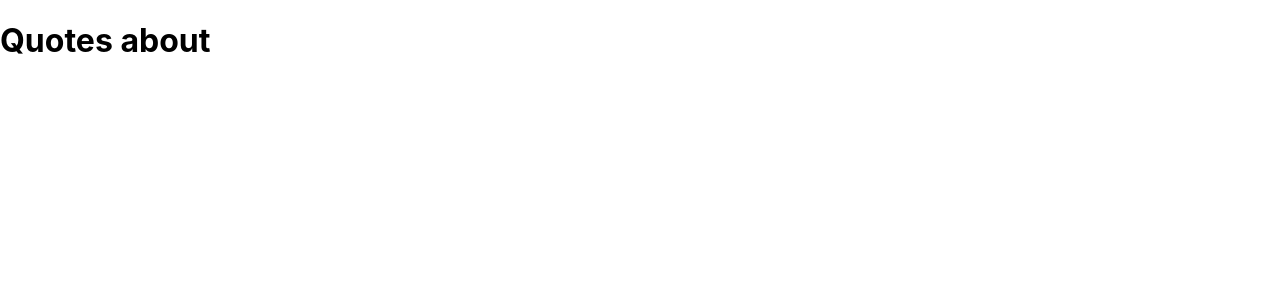
Repository: Bhavik-Sanghar/Quote-app
Page: /
The author's editor kept a copy of each file at every save. The page is drawn from the files as they stood at one save, then again after the next save.
The browser window is 1280 px wide. The pictures show the whole page.
The page's requests for data from a server got no answer. The project was rebuilt for these pictures with package versions that can differ from the ones it lists, and the page was loaded fresh each time. No one was signed in, and anything a server would have sent is missing. Also part of the build but not shown: src/styles.css. Imported but missing from the stored project, and not drawn on this page: src/components/QuoteDisplay.

Above is the page before, as saved 2023-08-18 10:33:23.

After the next save:
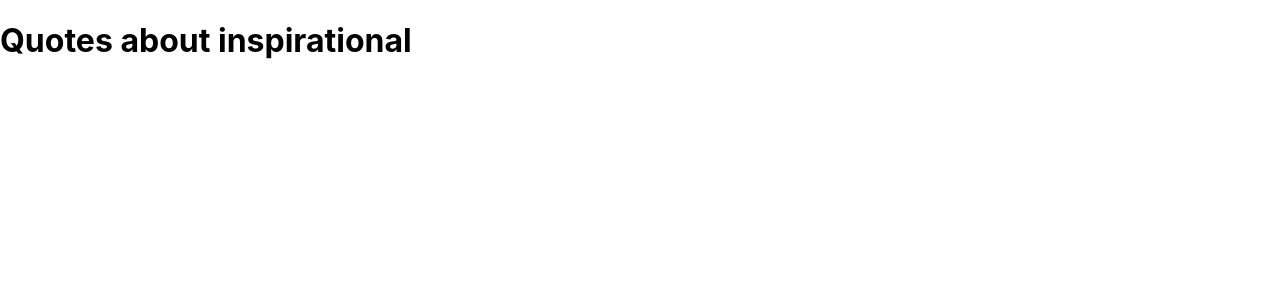
Saved 19 s later.
--- a/src/components/NewQuote.js
+++ b/src/components/NewQuote.js
@@ -3,7 +3,7 @@ import axios from "axios";
 
 const QuoteComponent = () => {
   const [quotes, setQuotes] = useState([]);
-  const category = "";
+  const category = "inspirational";
   const apiKey = "EgtS4gqLsbjvHM2bBjKwBA==PYmsGLFQFXQzq0Na";
 
   useEffect(() => {
